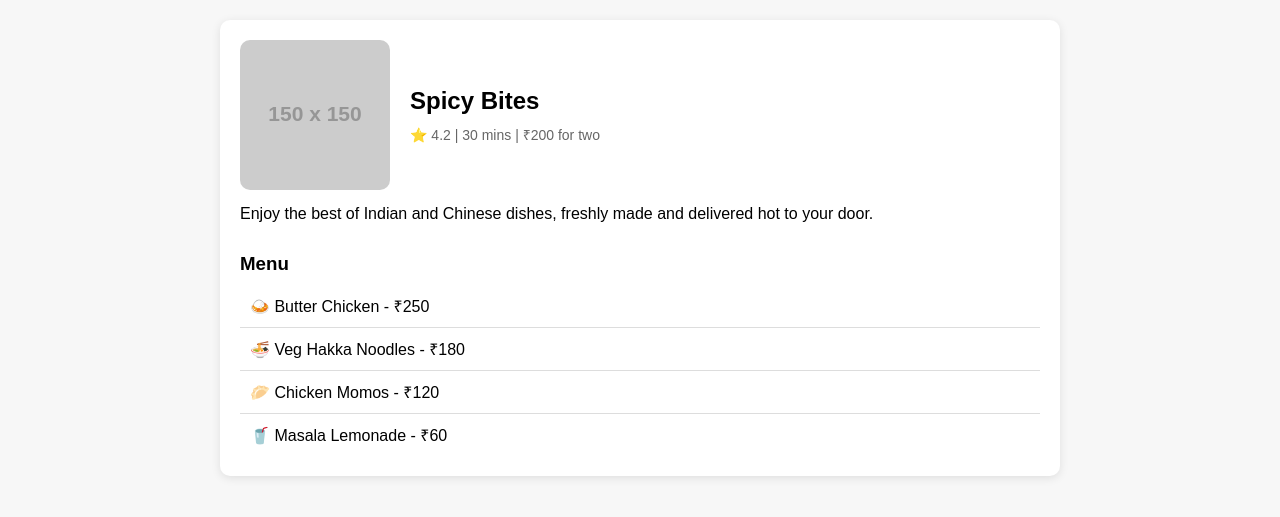
Repository: Rupeswarbhainsa777/Food-Web-App
Page: TapFoodApp/src/main/webapp/resturant.html
The author's editor kept a copy of each file at every save. The page is drawn from the files as they stood at one save, then again after the next save.
The browser window is 1280 px wide. The pictures show the whole page.

Above is the page before, as saved 2025-04-21 03:15:15.

### TapFoodApp/src/main/webapp/resturant.html
<!DOCTYPE html>
<html lang="en">
<head>
  <meta charset="UTF-8" />
  <meta name="viewport" content="width=device-width, initial-scale=1.0"/>
  <title>Restaurant Details - FoodieApp</title>
  <style>
    body {
      font-family: Arial, sans-serif;
      background-color: #f7f7f7;
      margin: 0;
      padding: 20px;
    }

    .restaurant-card {
      background-color: #fff;
      border-radius: 10px;
      box-shadow: 0 2px 10px rgba(0,0,0,0.1);
      padding: 20px;
      max-width: 800px;
      margin: auto;
    }

    .restaurant-header {
      display: flex;
      align-items: center;
      gap: 20px;
    }

    .restaurant-image {
      width: 150px;
      height: 150px;
      object-fit: cover;
      border-radius: 10px;
    }

    .restaurant-info {
      flex: 1;
    }

    .restaurant-info h2 {
      margin: 0;
      font-size: 24px;
    }

    .rating-time {
      margin-top: 10px;
      font-size: 14px;
      color: #666;
    }

    .description {
      margin-top: 15px;
      font-size: 16px;
    }

    .menu {
      margin-top: 30px;
    }

    .menu h3 {
      margin-bottom: 10px;
    }

    .menu-item {
      padding: 10px;
      border-bottom: 1px solid #ddd;
    }

    .menu-item:last-child {
      border-bottom: none;
    }
  </style>
</head>
<body>

  <div class="restaurant-card">
    <div class="restaurant-header">
      <img src="https://via.placeholder.com/150" alt="Restaurant Image" class="restaurant-image"/>
      <div class="restaurant-info">
        <h2>Spicy Bites</h2>
        <div class="rating-time">⭐ 4.2 | 30 mins | ₹200 for two</div>
      </div>
    </div>

    <p class="description">
      Enjoy the best of Indian and Chinese dishes, freshly made and delivered hot to your door.
    </p>

    <div class="menu">
      <h3>Menu</h3>
      <div class="menu-item">🍛 Butter Chicken - ₹250</div>
      <div class="menu-item">🍜 Veg Hakka Noodles - ₹180</div>
      <div class="menu-item">🥟 Chicken Momos - ₹120</div>
      <div class="menu-item">🥤 Masala Lemonade - ₹60</div>
    </div>
  </div>

</body>
</html>

After the next save:
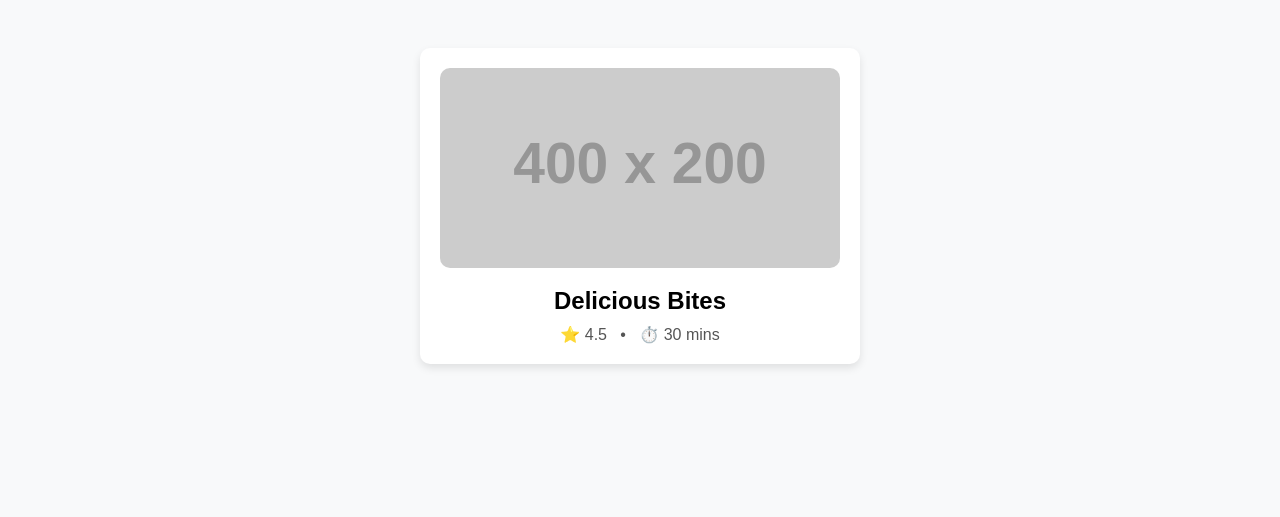
Saved 27 min 4 s later.
--- a/TapFoodApp/src/main/webapp/resturant.html
+++ b/TapFoodApp/src/main/webapp/resturant.html
@@ -1,98 +1,48 @@
 <!DOCTYPE html>
 <html lang="en">
 <head>
-  <meta charset="UTF-8" />
-  <meta name="viewport" content="width=device-width, initial-scale=1.0"/>
-  <title>Restaurant Details - FoodieApp</title>
+  <meta charset="UTF-8">
+  <title>Restaurant Details</title>
   <style>
     body {
       font-family: Arial, sans-serif;
-      background-color: #f7f7f7;
-      margin: 0;
+      background-color: #f8f9fa;
+      padding: 40px;
+    }
+    .restaurant-card {
+      background-color: white;
+      border-radius: 10px;
+      box-shadow: 0 4px 8px rgba(0,0,0,0.1);
+      max-width: 400px;
+      margin: auto;
       padding: 20px;
+      text-align: center;
     }
-
-    .restaurant-card {
-      background-color: #fff;
-      border-radius: 10px;
-      box-shadow: 0 2px 10px rgba(0,0,0,0.1);
-      padding: 20px;
-      max-width: 800px;
-      margin: auto;
-    }
-
-    .restaurant-header {
-      display: flex;
-      align-items: center;
-      gap: 20px;
-    }
-
-    .restaurant-image {
-      width: 150px;
-      height: 150px;
+    .restaurant-card img {
+      width: 100%;
+      height: 200px;
       object-fit: cover;
       border-radius: 10px;
     }
-
-    .restaurant-info {
-      flex: 1;
+    .restaurant-name {
+      font-size: 24px;
+      font-weight: bold;
+      margin-top: 15px;
     }
-
-    .restaurant-info h2 {
-      margin: 0;
-      font-size: 24px;
-    }
-
     .rating-time {
+      color: #555;
       margin-top: 10px;
-      font-size: 14px;
-      color: #666;
-    }
-
-    .description {
-      margin-top: 15px;
       font-size: 16px;
-    }
-
-    .menu {
-      margin-top: 30px;
-    }
-
-    .menu h3 {
-      margin-bottom: 10px;
-    }
-
-    .menu-item {
-      padding: 10px;
-      border-bottom: 1px solid #ddd;
-    }
-
-    .menu-item:last-child {
-      border-bottom: none;
     }
   </style>
 </head>
 <body>
 
   <div class="restaurant-card">
-    <div class="restaurant-header">
-      <img src="https://via.placeholder.com/150" alt="Restaurant Image" class="restaurant-image"/>
-      <div class="restaurant-info">
-        <h2>Spicy Bites</h2>
-        <div class="rating-time">⭐ 4.2 | 30 mins | ₹200 for two</div>
-      </div>
-    </div>
-
-    <p class="description">
-      Enjoy the best of Indian and Chinese dishes, freshly made and delivered hot to your door.
-    </p>
-
-    <div class="menu">
-      <h3>Menu</h3>
-      <div class="menu-item">🍛 Butter Chicken - ₹250</div>
-      <div class="menu-item">🍜 Veg Hakka Noodles - ₹180</div>
-      <div class="menu-item">🥟 Chicken Momos - ₹120</div>
-      <div class="menu-item">🥤 Masala Lemonade - ₹60</div>
+    <img src="https://via.placeholder.com/400x200" alt="Restaurant Image">
+    <div class="restaurant-name">Delicious Bites</div>
+    <div class="rating-time">
+      ⭐ 4.5 &nbsp; • &nbsp; ⏱️ 30 mins
     </div>
   </div>
 
